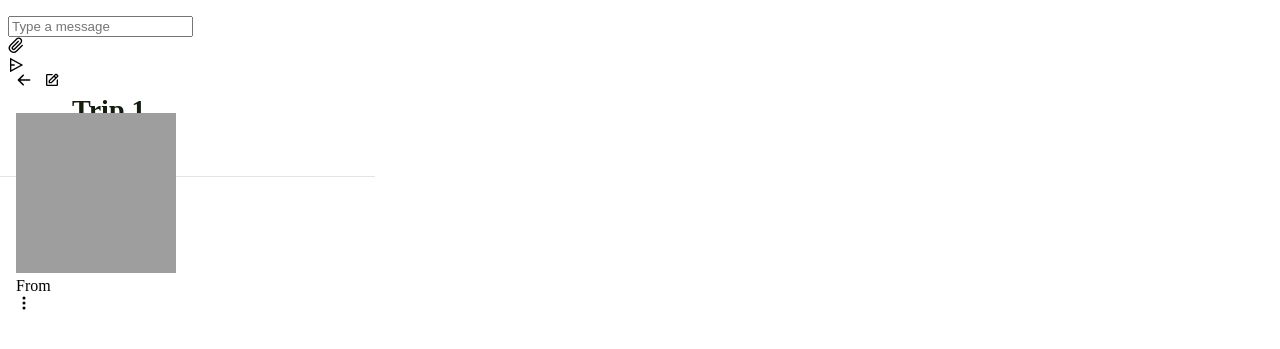
Repository: Abhi2359/PWA_Corider
Page: /
The author's editor kept a copy of each file at every save. The page is drawn from the files as they stood at one save, then again after the next save.
The browser window is 1280 px wide. The pictures show the whole page.
Pictures or frames that could not be fetched are drawn as grey boxes. The page's requests for data from a server got no answer. The project was rebuilt for these pictures with package versions that can differ from the ones it lists, and the page was loaded fresh each time. No one was signed in, and anything a server would have sent is missing. Also part of the build but not shown: vite.config.js, src/chatInput/Chat.css, src/chatInput/Chat.jsx, src/chatInput/ChatInput.css.

Above is the page before, as saved 2023-05-14 10:24:00.

### src/App.jsx
import { useEffect, useState } from "react";
import "./App.css?inline";
import { fetchData } from "./api/fetchData";
import Header from "./Header/Header";
import Chat from "./chatInput/Chat";
import ChatInput from "./chatInput/ChatInput";

function App() {
  const [data, setData] = useState([]);
  const [isLoading, setIsLoading] = useState(false);
  const [error, setError] = useState(null);
  const [page, setPage] = useState(1);
  const [from, setFrom] = useState("");
  const [to, setTo] = useState("");

  useEffect(() => {
    const fetchDataFromApi = async () => {
      setIsLoading(true);

      try {
        const apiData = await fetchData(page);
        // setFrom(apiData.from);
        // setTo(apiData.to);
        const apiResponse = apiData.chats;
        if (page === 1) {
          setFrom(apiData.from);
          setTo(apiData.to);
        }
        setData(apiResponse);
        s;
      } catch (error) {
        setError(error.message);
      }

      setIsLoading(false);
    };

    fetchDataFromApi();
  }, [page]);

  return (
    <>
      <div className="layout">
        <div className="header_section">
          <Header />
          <div className="chat_container">
            <ul className="chat_list">
              {data &&
                data.map((chat) => (
                  <li key={chat.id}>
                    <Chat message={chat.message} image={chat.sender.image} />
                  </li>
                ))}
            </ul>
            {isLoading && <p>Loading...</p>}
          </div>
        </div>
        <div >
          <footer className="footer">
            <ChatInput />

          </footer>
        </div>
      </div>
    </>
  );
}

export default App;

### src/App.css
.layout{
    position: relative;
width: 100%;

background: #FAF9F4;
border-radius: 32px;
}

### src/api/fetchData.jsx
import axios from "axios";

const API_URL = "http://3.111.128.67/assignment/chat";

export const fetchData = async (page) => {
    try {
      const response = await axios.get(`http://3.111.128.67/assignment/chat?page=${page}`, {
        params: { page },
      });
      return response.data;
    } catch (error) {
      throw new Error('Error while fetching data');
    }
  };

### src/Header/Header.jsx
import React from "react";
import { HiArrowLeft } from "react-icons/hi";
import { BiEdit } from "react-icons/bi";
import { BsThreeDotsVertical } from "react-icons/bs";
import styles from "./Header.css"
const Header = ({ from, to }) => {
  return (
    <>
      <div className="header">
        <div className="trip">
          <div className="icon">
            <HiArrowLeft />
          </div>
          <div className="trip_no">
            <h3>Trip 1</h3>
          </div>
          <div className="edit_icon">
            <BiEdit />
          </div>
        </div>
        <div className="trip_details">
          <div className="user_icon">
            <img
              src="https://fastly.picsum.photos/id/1072/160/160.jpg?hmac=IDpbpA5neYzFjtkdFmBDKXwgr-907ewXLa9lLk9JuA8"
              alt=""
            />
          </div>
          <div className="travel_data">From {from}</div>
          <div className="dot_icon">
            <BsThreeDotsVertical />
          </div>
        </div>
        <div className="line"></div>
      </div>
    </>
  );
};

export default Header;

### src/chatInput/ChatInput.jsx
import React from 'react'
import {GrAttachment}  from "react-icons/gr"
import {RiSendPlane2Line}  from "react-icons/ri"
import styles from "./ChatInput.css"
const ChatInput = () => {
  return (
  <>
  <footer>

  <div class="chat-input-container">
  <input type="text" class="chat-input" placeholder="Type a message"/>
  <div class="icon-container">
   <div className="attachment"><GrAttachment/></div>
   <div className="send"><RiSendPlane2Line/></div>
  </div>
</div>
  </footer>

  </>
  )
}

export default ChatInput

### src/Header/Header.css
.header{
    box-sizing: border-box;

    /* Auto layout */

    display: flex;
    flex-direction: column;
    align-items: flex-start;
    padding: 20px 16px 16px;
    gap: 16px;

    position: absolute;
    width: 375px;
    height: 130px;
    left: 0px;
    top: 47px;

    border-bottom: 1px solid #E5E5E0;
}

.trip{
    display: flex;
flex-direction: row;
align-items: center;
padding: 0px;
gap: 12px;

width: 100%;
height: 30px;


/* Inside auto layout */

flex: none;
order: 0;
align-self: stretch;
flex-grow: 0;
}

.icon{

}

.trip_no{
    width: 275px;
height: 30px;

font-family: 'Mulish';
font-style: normal;
font-weight: 700;
font-size: 24px;
line-height: 30px;

color: #141E0D;


/* Inside auto layout */

flex: none;
order: 1;
flex-grow: 1;
}

Loaded but not shown: index.html (common file); src/main.jsx (common file)

After the next save:
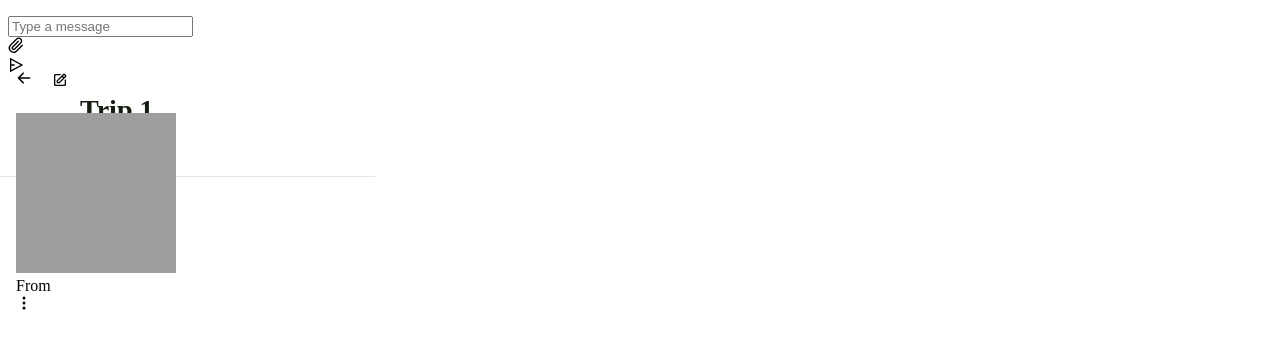
Saved 31 s later.
--- a/src/Header/Header.css
+++ b/src/Header/Header.css
@@ -38,6 +38,9 @@ flex-grow: 0;
 }
 
 .icon{
+    width: 24px;
+    height: 24px;
+
 
 }
 
